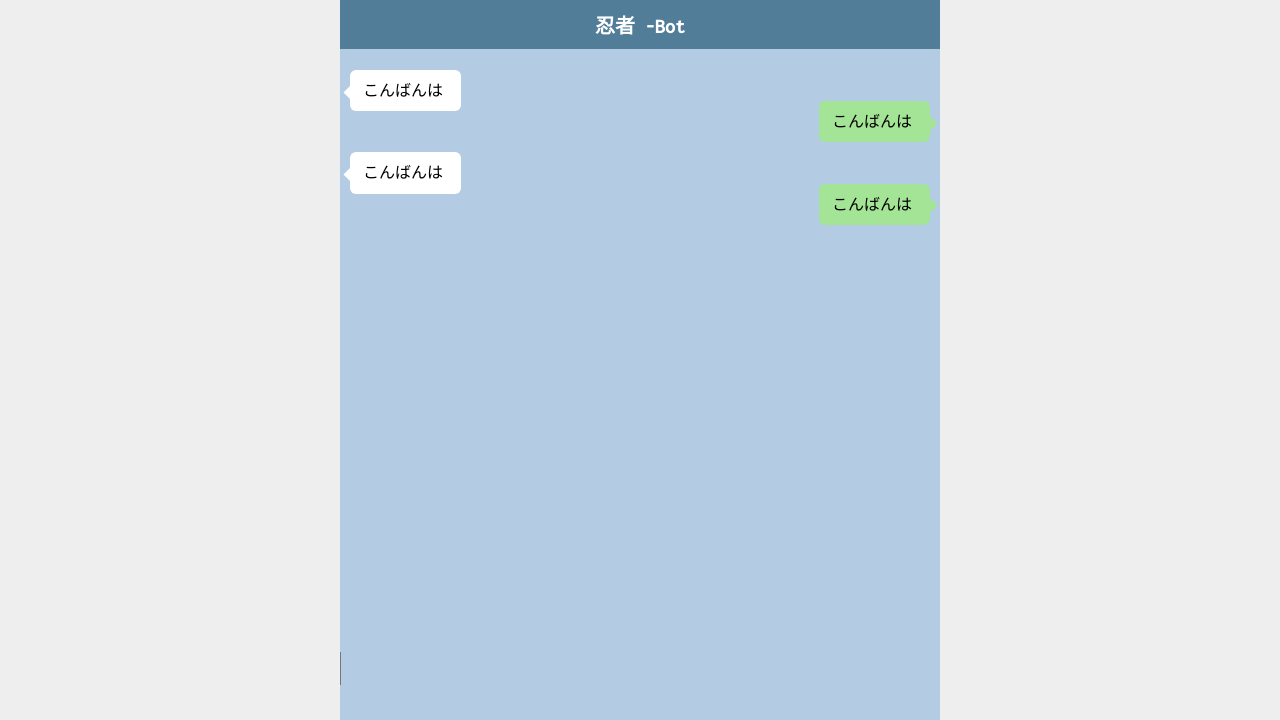
Repository: t0chan/bot
Page: index.html
An editor plug-in stored every save of this project. The page is shown before and after the next save, followed by the edit.
The browser window is 1280 px wide. The pictures show the whole page.

Above is the page before, as saved 2021-11-01 19:07:29.

### index.html
<!DOCTYPE html>
<html lang="ja">
<head>
    <meta charset="UTF-8">
    <meta http-equiv="X-UA-Compatible" content="IE=edge">
    <meta name="viewport" content="width=device-width, initial-scale=1.0">
    <link rel="preconnect" href="https://fonts.googleapis.com">
    <link rel="preconnect" href="https://fonts.gstatic.com" crossorigin>
    <link href="https://fonts.googleapis.com/css2?family=Inconsolata:wght@500&display=swap" rel="stylesheet">
    <link rel="stylesheet" href="style.css">
    <title>忍者bot</title>
</head>
<body>
   <div class="wrapper">
       <h1>忍者 -Bot</h1>

       <!-- 画面 -->
       <div id="chat-field">
           <ul id="chat-ul">
               <li>こんばんは</li>
               <li>こんばんは</li>
               <li>こんばんは</li>
               <li>こんばんは</li>
           </ul>
       </div>
       <!-- 入力場所、送信ボタン -->
       <div id="input-field">
           <ul id="select-list">
               <li>はい</li>
               <li>いいえ</li>
           </ul>
       </div>
   </div>
   <script src="https://code.jquery.com/jquery-3.5.0.js"></script>
   <script src="questions.js"></script>
   <script src="main.js"></script>
</body>
</html>

### style.css
* {
    margin: 0;
    padding: 0;
    list-style: none;
    box-sizing: border-box;
    font-family: -apple-system, BlinkMacSystemFont, "Helvetica Neue", YuGothic, "ヒラギノ角ゴ ProN W3", Hiragino Kaku Gothic ProN, Arial, "メイリオ", Meiryo, sans-serif;
}

body {
    background: #eee;
}

img {
    width: 100%;
    height: auto;
}

.wrapper {
    max-width: 600px;
    margin: 0 auto;
}
h1 {
    position: fixed;
    top: 0;
    left: 50%;
    transform: translateX(-50%);
    max-width: 600px;
    width: 100%;
    z-index: 10;
    padding: 10px 0;
    text-align: center;
    background: #517D99;
    color: #fff;
    font-size: 20px;
    font-family: 'Inconsolata', monospace;
}

#chat-field {
    height: 100vh;
    padding: 70px 0 140px 0;
    background: #b4cce3;
    overflow-x: hidden;
    overflow-y: scroll;
    -webkit-overflow-scrolling: touch;
}

/* スクロールバー消す */
#chat-field::-webkit-scrollbar {
    display: none;
}

#chat-ul {
    display: flex;
    flex-direction: column;
    padding-bottom: 50px;
}

#chat-ul li {
    background-color: #fff;
    position: relative;
    margin: 0 auto -10px 10px;
    word-wrap: break-word;
    display: inline-block;
    border-radius: 6px;
    min-height: 30px;
    max-width: 220px;
    padding: 7px 18px 7px 13px;
    line-height: 1.7em;

}
#chat-ul li::before {
    position: absolute;
    content: "";
    height: 10px;
    width: 10px;
    top: 50%;
    left: -8px;
    transform: rotate(45deg) translateY(-50%);
    background-color: #fff;

}

#chat-ul li:nth-child(odd) {
    /* opacity: 0; */
}
#chat-ul li:nth-child(even) {
    margin: 0 10px 10px auto;
    background-color: #a4e496;
}

#chat-ul li:nth-child(even)::before {
    background-color: #a4e496;
    left: calc(100% - 8px);
}

#input-field {
    position: fixed;
    width: 100vw;
    overflow: scroll;
    bottom: 35px;
    box-sizing: border-box;
    border-left: 1px solid #777;
    border-right: 1px solid #777;
    margin: 0 auto;
}

#select-list {
    display: flex;
    margin: 0 10px;
    transform: translateY(100%);
    width: max-content;
}

#select-list li {
    background-color: #686262;
    color: #fff;
    padding: 4px 13px 5px 13px;
    border-radius: 20px;
    margin-right: 8px;
}

#select-list li:last-child {
    margin-right: 0;
}

Loaded but not shown: main.js (no copy from this time; the picture is the same without it); questions.js (no copy from this time; the picture is the same without it)

After the next save:
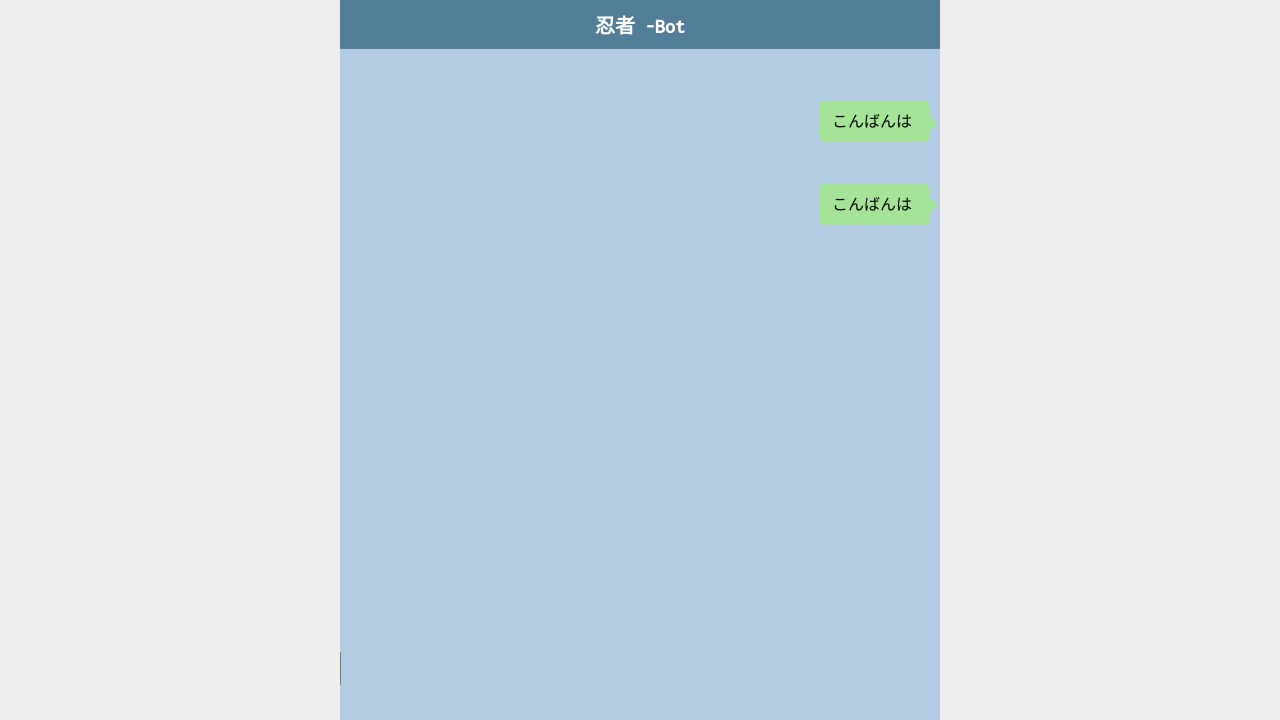
Saved 25 s later.
--- a/style.css
+++ b/style.css
@@ -81,7 +81,7 @@
 }
 
 #chat-ul li:nth-child(odd) {
-    /* opacity: 0; */
+    opacity: 0;
 }
 #chat-ul li:nth-child(even) {
     margin: 0 10px 10px auto;

After the save that followed:
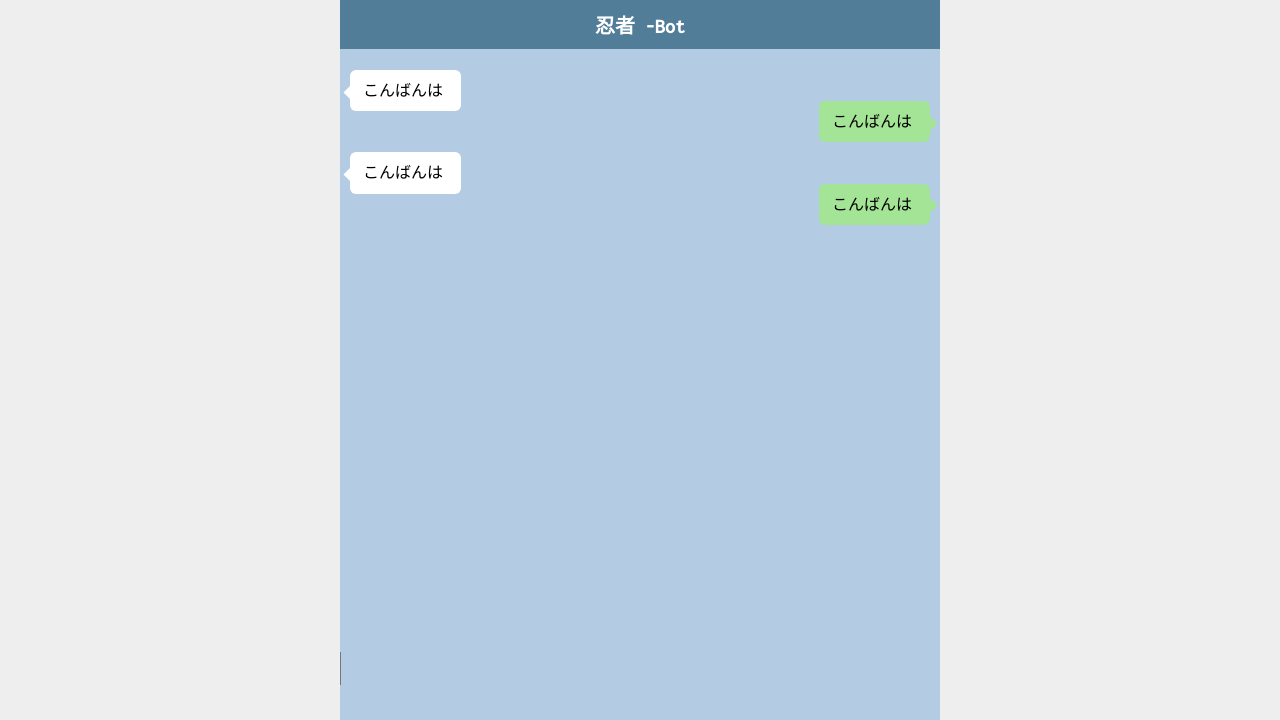
Saved 7 s later.
--- a/style.css
+++ b/style.css
@@ -81,7 +81,7 @@
 }
 
 #chat-ul li:nth-child(odd) {
-    opacity: 0;
+    /* opacity: 0; */
 }
 #chat-ul li:nth-child(even) {
     margin: 0 10px 10px auto;
